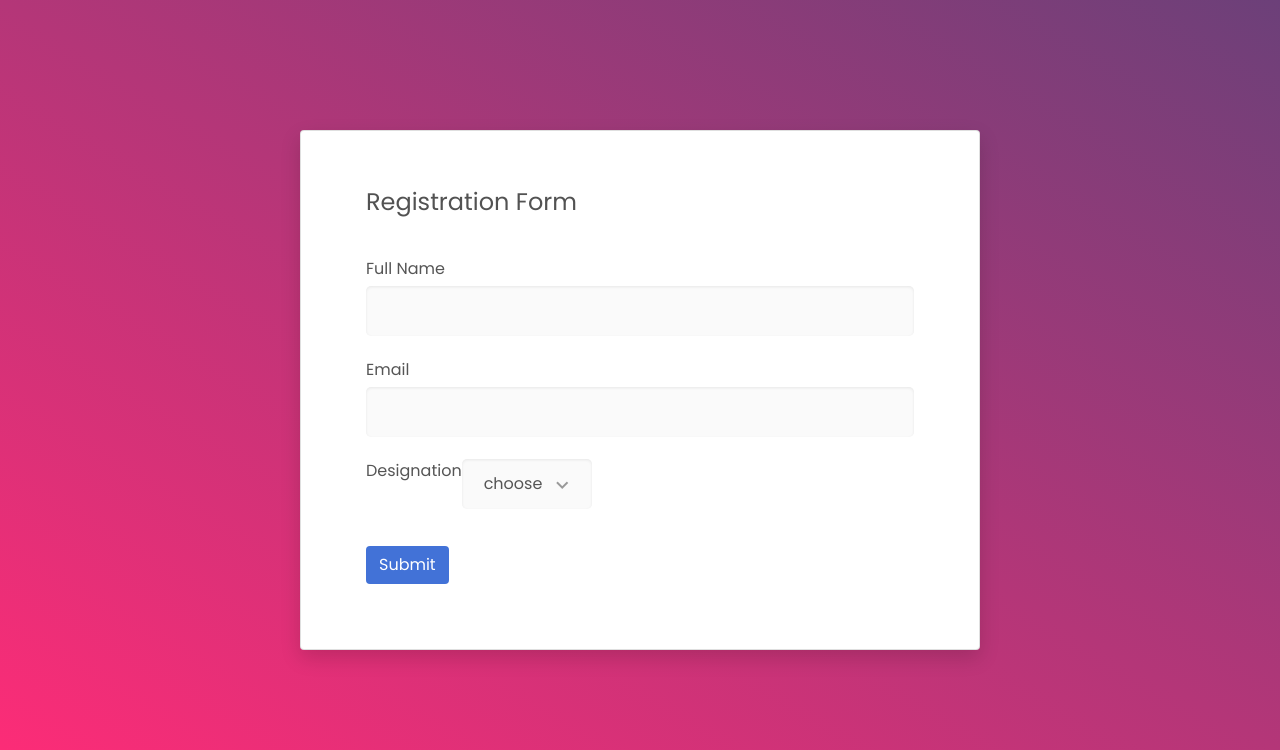
Repository: AbdulRehman0/registration
Page: http://localhost/registration.php
An editor plug-in stored every save of this project. The page is shown before and after the next save, followed by the edit.
The browser window is 1280 px wide. The pictures show the whole page.
The page is run by PHP 8.4 with error messages shown; the project is at /var/www/html/. Other server files are loaded and not shown.

Above is the page before, as saved 2021-01-05 15:24:49.

### registration.php
<?php
include "./templates/header.php";
?>
<body>
    <div class="page-wrapper bg-gra-02 p-t-130 p-b-100 font-poppins">
        <div class="wrapper wrapper--w680">
            <div class="card card-4">
                <div class="card-body">
                    <h2 class="title">Registration Form</h2>
                    <form method="POST">
                        <div class="row">

                            <div class="col-md-12">
                                <div class="input-group">
                                    <label class="label">Full Name</label>
                                    <input class="input--style-4" type="text" name="full name">
                                </div>
                            </div>
                        </div>

                        <div class="row row-space">
                            <div class="col-md-12">
                                <div class="input-group">
                                    <label class="label">Email</label>
                                    <input class="input--style-4" type="email" name="email">
                                </div>
                            </div>
                        </div>
                        <div class="row row-space">
                            <div class="col-md-12">
                                <div class="input-group">
                                    <label class="label">Designation</label>
                                    <div class="rs-select2 js-select-simple select--no-search">
                                        <select name="subject">
                                            <option disabled="disabled" selected="selected">choose</option>
                                            <option value="1">Admin</option>
                                            <option value="2">Editor</option>
                                        </select>
                                        <div class="select-dropdown"></div>
                                    </div>
                                </div>
                                </div>
                        </div>
                        <div class="p-t-15">
                            <button class="btn btn--radius-2 btn--blue" type="submit">Submit</button>
                        </div>
                    </form>
                </div>
            </div>
        </div>
    </div>

</body><!-- This templates was made by Colorlib (https://colorlib.com) -->

<?php
include "./templates/footer.php";
?>

### templates/header.php
<!DOCTYPE html>
<html lang="en">

<head>
    <!-- Required meta tags-->
    <meta charset="UTF-8">
    <meta name="viewport" content="width=device-width, initial-scale=1, shrink-to-fit=no">
    <meta name="description" content="Colorlib Templates">
    <meta name="author" content="Colorlib">
    <meta name="keywords" content="Colorlib Templates">

    <!-- Title Page-->
    <title>Au Register Forms by Colorlib</title>

    <!-- Icons font CSS-->
    <link href="vendor/mdi-font/css/material-design-iconic-font.min.css" rel="stylesheet" media="all">
    <link href="vendor/font-awesome-4.7/css/font-awesome.min.css" rel="stylesheet" media="all">
    <!-- Font special for pages-->
    <link href="https://fonts.googleapis.com/css?family=Poppins:100,100i,200,200i,300,300i,400,400i,500,500i,600,600i,700,700i,800,800i,900,900i" rel="stylesheet">

    <!-- Vendor CSS-->
    <link href="vendor/select2/select2.min.css" rel="stylesheet" media="all">
    <link href="vendor/datepicker/daterangepicker.css" rel="stylesheet" media="all">

    <!-- Main CSS-->
    <link href="./assets/css/app.css" rel="stylesheet" media="all">
    <link rel="stylesheet" href="https://maxcdn.bootstrapcdn.com/bootstrap/4.0.0/css/bootstrap.min.css" integrity="sha384-Gn5384xqQ1aoWXA+058RXPxPg6fy4IWvTNh0E263XmFcJlSAwiGgFAW/dAiS6JXm" crossorigin="anonymous">
</head>

### templates/footer.php

</html>
<!-- end document-->
<!-- Jquery JS-->
<script src="vendor/jquery/jquery.min.js"></script>
    <!-- Vendor JS-->
    <script src="vendor/select2/select2.min.js"></script>
    <script src="vendor/datepicker/moment.min.js"></script>
    <script src="vendor/datepicker/daterangepicker.js"></script>

    <!-- Main JS-->
    <script src="./assets/js/app.js"></script>

### assets/css/app.css

/* ==========================================================================
   #FONT
   ========================================================================== */
   .font-robo {
    font-family: "Roboto", "Arial", "Helvetica Neue", sans-serif;
  }

  .font-poppins {
    font-family: "Poppins", "Arial", "Helvetica Neue", sans-serif;
  }

  /* ==========================================================================
     #GRID
     ========================================================================== */
  .row {
    display: -webkit-box;
    display: -webkit-flex;
    display: -moz-box;
    display: -ms-flexbox;
    display: flex;
    -webkit-flex-wrap: wrap;
    -ms-flex-wrap: wrap;
    flex-wrap: wrap;
  }

  .row-space {
    -webkit-box-pack: justify;
    -webkit-justify-content: space-between;
    -moz-box-pack: justify;
    -ms-flex-pack: justify;
    justify-content: space-between;
  }

  .col-2 {
    width: -webkit-calc((100% - 30px) / 2);
    width: -moz-calc((100% - 30px) / 2);
    width: calc((100% - 30px) / 2);
  }

  @media (max-width: 767px) {
    .col-2 {
      width: 100%;
    }
  }

  /* ==========================================================================
     #BOX-SIZING
     ========================================================================== */
  /**
   * More sensible default box-sizing:
   * css-tricks.com/inheriting-box-sizing-probably-slightly-better-best-practice
   */
  html {
    -webkit-box-sizing: border-box;
    -moz-box-sizing: border-box;
    box-sizing: border-box;
  }

  * {
    padding: 0;
    margin: 0;
  }

  *, *:before, *:after {
    -webkit-box-sizing: inherit;
    -moz-box-sizing: inherit;
    box-sizing: inherit;
  }

  /* ==========================================================================
     #RESET
     ========================================================================== */
  /**
   * A very simple reset that sits on top of Normalize.css.
   */
  body,
  h1, h2, h3, h4, h5, h6,
  blockquote, p, pre,
  dl, dd, ol, ul,
  figure,
  hr,
  fieldset, legend {
    margin: 0;
    padding: 0;
  }

  /**
   * Remove trailing margins from nested lists.
   */
  li > ol,
  li > ul {
    margin-bottom: 0;
  }

  /**
   * Remove default table spacing.
   */
  table {
    border-collapse: collapse;
    border-spacing: 0;
  }

  /**
   * 1. Reset Chrome and Firefox behaviour which sets a `min-width: min-content;`
   *    on fieldsets.
   */
  fieldset {
    min-width: 0;
    /* [1] */
    border: 0;
  }

  button {
    outline: none;
    background: none;
    border: none;
  }

  /* ==========================================================================
     #PAGE WRAPPER
     ========================================================================== */
  .page-wrapper {
    min-height: 100vh;
  }

  body {
    font-family: "Poppins", "Arial", "Helvetica Neue", sans-serif;
    font-weight: 400;
    font-size: 14px;
  }

  h1, h2, h3, h4, h5, h6 {
    font-weight: 400;
  }

  h1 {
    font-size: 36px;
  }

  h2 {
    font-size: 30px;
  }

  h3 {
    font-size: 24px;
  }

  h4 {
    font-size: 18px;
  }

  h5 {
    font-size: 15px;
  }

  h6 {
    font-size: 13px;
  }

  /* ==========================================================================
     #BACKGROUND
     ========================================================================== */
  .bg-blue {
    background: #2c6ed5;
  }

  .bg-red {
    background: #fa4251;
  }

  .bg-gra-01 {
    background: -webkit-gradient(linear, left bottom, left top, from(#fbc2eb), to(#a18cd1));
    background: -webkit-linear-gradient(bottom, #fbc2eb 0%, #a18cd1 100%);
    background: -moz-linear-gradient(bottom, #fbc2eb 0%, #a18cd1 100%);
    background: -o-linear-gradient(bottom, #fbc2eb 0%, #a18cd1 100%);
    background: linear-gradient(to top, #fbc2eb 0%, #a18cd1 100%);
  }

  .bg-gra-02 {
    background: -webkit-gradient(linear, left bottom, right top, from(#fc2c77), to(#6c4079));
    background: -webkit-linear-gradient(bottom left, #fc2c77 0%, #6c4079 100%);
    background: -moz-linear-gradient(bottom left, #fc2c77 0%, #6c4079 100%);
    background: -o-linear-gradient(bottom left, #fc2c77 0%, #6c4079 100%);
    background: linear-gradient(to top right, #fc2c77 0%, #6c4079 100%);
  }

  /* ==========================================================================
     #SPACING
     ========================================================================== */
  .p-t-100 {
    padding-top: 100px;
  }

  .p-t-130 {
    padding-top: 130px;
  }

  .p-t-180 {
    padding-top: 180px;
  }

  .p-t-20 {
    padding-top: 20px;
  }

  .p-t-15 {
    padding-top: 15px;
  }

  .p-t-10 {
    padding-top: 10px;
  }

  .p-t-30 {
    padding-top: 30px;
  }

  .p-b-100 {
    padding-bottom: 100px;
  }

  .m-r-45 {
    margin-right: 45px;
  }

  /* ==========================================================================
     #WRAPPER
     ========================================================================== */
  .wrapper {
    margin: 0 auto;
  }

  .wrapper--w960 {
    max-width: 960px;
  }

  .wrapper--w780 {
    max-width: 780px;
  }

  .wrapper--w680 {
    max-width: 680px;
  }

  /* ==========================================================================
     #BUTTON
     ========================================================================== */
  .btn {
    display: inline-block;
    line-height: 50px;
    padding: 0 50px;
    -webkit-transition: all 0.4s ease;
    -o-transition: all 0.4s ease;
    -moz-transition: all 0.4s ease;
    transition: all 0.4s ease;
    cursor: pointer;
    font-size: 18px;
    color: #fff;
    font-family: "Poppins", "Arial", "Helvetica Neue", sans-serif;
  }

  .btn--radius {
    -webkit-border-radius: 3px;
    -moz-border-radius: 3px;
    border-radius: 3px;
  }

  .btn--radius-2 {
    -webkit-border-radius: 5px;
    -moz-border-radius: 5px;
    border-radius: 5px;
  }

  .btn--pill {
    -webkit-border-radius: 20px;
    -moz-border-radius: 20px;
    border-radius: 20px;
  }

  .btn--green {
    background: #57b846;
  }

  .btn--green:hover {
    background: #4dae3c;
  }

  .btn--blue {
    background: #4272d7;
  }

  .btn--blue:hover {
    background: #3868cd;
  }

  /* ==========================================================================
     #DATE PICKER
     ========================================================================== */
  td.active {
    background-color: #2c6ed5;
  }

  input[type="date" i] {
    padding: 14px;
  }

  .table-condensed td, .table-condensed th {
    font-size: 14px;
    font-family: "Roboto", "Arial", "Helvetica Neue", sans-serif;
    font-weight: 400;
  }

  .daterangepicker td {
    width: 40px;
    height: 30px;
  }

  .daterangepicker {
    border: none;
    -webkit-box-shadow: 0px 8px 20px 0px rgba(0, 0, 0, 0.15);
    -moz-box-shadow: 0px 8px 20px 0px rgba(0, 0, 0, 0.15);
    box-shadow: 0px 8px 20px 0px rgba(0, 0, 0, 0.15);
    display: none;
    border: 1px solid #e0e0e0;
    margin-top: 5px;
  }

  .daterangepicker::after, .daterangepicker::before {
    display: none;
  }

  .daterangepicker thead tr th {
    padding: 10px 0;
  }

  .daterangepicker .table-condensed th select {
    border: 1px solid #ccc;
    -webkit-border-radius: 3px;
    -moz-border-radius: 3px;
    border-radius: 3px;
    font-size: 14px;
    padding: 5px;
    outline: none;
  }

  /* ==========================================================================
     #FORM
     ========================================================================== */
  input {
    outline: none;
    margin: 0;
    border: none;
    -webkit-box-shadow: none;
    -moz-box-shadow: none;
    box-shadow: none;
    width: 100%;
    font-size: 14px;
    font-family: inherit;
  }

  .input--style-4 {
    line-height: 50px;
    background: #fafafa;
    -webkit-box-shadow: inset 0px 1px 3px 0px rgba(0, 0, 0, 0.08);
    -moz-box-shadow: inset 0px 1px 3px 0px rgba(0, 0, 0, 0.08);
    box-shadow: inset 0px 1px 3px 0px rgba(0, 0, 0, 0.08);
    -webkit-border-radius: 5px;
    -moz-border-radius: 5px;
    border-radius: 5px;
    padding: 0 20px;
    font-size: 16px;
    color: #666;
    -webkit-transition: all 0.4s ease;
    -o-transition: all 0.4s ease;
    -moz-transition: all 0.4s ease;
    transition: all 0.4s ease;
  }

  .input--style-4::-webkit-input-placeholder {
    /* WebKit, Blink, Edge */
    color: #666;
  }

  .input--style-4:-moz-placeholder {
    /* Mozilla Firefox 4 to 18 */
    color: #666;
    opacity: 1;
  }

  .input--style-4::-moz-placeholder {
    /* Mozilla Firefox 19+ */
    color: #666;
    opacity: 1;
  }

  .input--style-4:-ms-input-placeholder {
    /* Internet Explorer 10-11 */
    color: #666;
  }

  .input--style-4:-ms-input-placeholder {
    /* Microsoft Edge */
    color: #666;
  }

  .label {
    font-size: 16px;
    color: #555;
    text-transform: capitalize;
    display: block;
    margin-bottom: 5px;
  }

  .radio-container {
    display: inline-block;
    position: relative;
    padding-left: 30px;
    cursor: pointer;
    font-size: 16px;
    color: #666;
    -webkit-user-select: none;
    -moz-user-select: none;
    -ms-user-select: none;
    user-select: none;
  }

  .radio-container input {
    position: absolute;
    opacity: 0;
    cursor: pointer;
  }

  .radio-container input:checked ~ .checkmark {
    background-color: #e5e5e5;
  }

  .radio-container input:checked ~ .checkmark:after {
    display: block;
  }

  .radio-container .checkmark:after {
    top: 50%;
    left: 50%;
    -webkit-transform: translate(-50%, -50%);
    -moz-transform: translate(-50%, -50%);
    -ms-transform: translate(-50%, -50%);
    -o-transform: translate(-50%, -50%);
    transform: translate(-50%, -50%);
    width: 12px;
    height: 12px;
    -webkit-border-radius: 50%;
    -moz-border-radius: 50%;
    border-radius: 50%;
    background: #57b846;
  }

  .checkmark {
    position: absolute;
    top: 50%;
    -webkit-transform: translateY(-50%);
    -moz-transform: translateY(-50%);
    -ms-transform: translateY(-50%);
    -o-transform: translateY(-50%);
    transform: translateY(-50%);
    left: 0;
    height: 20px;
    width: 20px;
    background-color: #e5e5e5;
    -webkit-border-radius: 50%;
    -moz-border-radius: 50%;
    border-radius: 50%;
    -webkit-box-shadow: inset 0px 1px 3px 0px rgba(0, 0, 0, 0.08);
    -moz-box-shadow: inset 0px 1px 3px 0px rgba(0, 0, 0, 0.08);
    box-shadow: inset 0px 1px 3px 0px rgba(0, 0, 0, 0.08);
  }

  .checkmark:after {
    content: "";
    position: absolute;
    display: none;
  }

  .input-group {
    position: relative;
    margin-bottom: 22px;
  }

  .input-group-icon {
    position: relative;
  }

  .input-icon {
    position: absolute;
    font-size: 18px;
    color: #999;
    right: 18px;
    top: 50%;
    -webkit-transform: translateY(-50%);
    -moz-transform: translateY(-50%);
    -ms-transform: translateY(-50%);
    -o-transform: translateY(-50%);
    transform: translateY(-50%);
    cursor: pointer;
  }

  /* ==========================================================================
     #SELECT2
     ========================================================================== */
  .select--no-search .select2-search {
    display: none !important;
  }

  .rs-select2 .select2-container {
    width: 100% !important;
    outline: none;
    background: #fafafa;
    -webkit-box-shadow: inset 0px 1px 3px 0px rgba(0, 0, 0, 0.08);
    -moz-box-shadow: inset 0px 1px 3px 0px rgba(0, 0, 0, 0.08);
    box-shadow: inset 0px 1px 3px 0px rgba(0, 0, 0, 0.08);
    -webkit-border-radius: 5px;
    -moz-border-radius: 5px;
    border-radius: 5px;
  }

  .rs-select2 .select2-container .select2-selection--single {
    outline: none;
    border: none;
    height: 50px;
    background: transparent;
  }

  .rs-select2 .select2-container .select2-selection--single .select2-selection__rendered {
    line-height: 50px;
    padding-left: 0;
    color: #555;
    font-size: 16px;
    font-family: inherit;
    padding-left: 22px;
    padding-right: 50px;
  }

  .rs-select2 .select2-container .select2-selection--single .select2-selection__arrow {
    height: 50px;
    right: 20px;
    display: -webkit-box;
    display: -webkit-flex;
    display: -moz-box;
    display: -ms-flexbox;
    display: flex;
    -webkit-box-pack: center;
    -webkit-justify-content: center;
    -moz-box-pack: center;
    -ms-flex-pack: center;
    justify-content: center;
    -webkit-box-align: center;
    -webkit-align-items: center;
    -moz-box-align: center;
    -ms-flex-align: center;
    align-items: center;
  }

  .rs-select2 .select2-container .select2-selection--single .select2-selection__arrow b {
    display: none;
  }

  .rs-select2 .select2-container .select2-selection--single .select2-selection__arrow:after {
    font-family: "Material-Design-Iconic-Font";
    content: '\f2f9';
    font-size: 24px;
    color: #999;
    -webkit-transition: all 0.4s ease;
    -o-transition: all 0.4s ease;
    -moz-transition: all 0.4s ease;
    transition: all 0.4s ease;
  }

  .rs-select2 .select2-container.select2-container--open .select2-selection--single .select2-selection__arrow::after {
    -webkit-transform: rotate(-180deg);
    -moz-transform: rotate(-180deg);
    -ms-transform: rotate(-180deg);
    -o-transform: rotate(-180deg);
    transform: rotate(-180deg);
  }

  .select2-container--open .select2-dropdown--below {
    border: none;
    -webkit-border-radius: 3px;
    -moz-border-radius: 3px;
    border-radius: 3px;
    -webkit-box-shadow: 0px 8px 20px 0px rgba(0, 0, 0, 0.15);
    -moz-box-shadow: 0px 8px 20px 0px rgba(0, 0, 0, 0.15);
    box-shadow: 0px 8px 20px 0px rgba(0, 0, 0, 0.15);
    border: 1px solid #e0e0e0;
    margin-top: 5px;
    overflow: hidden;
  }

  .select2-container--default .select2-results__option {
    padding-left: 22px;
  }

  /* ==========================================================================
     #TITLE
     ========================================================================== */
  .title {
    font-size: 24px;
    color: #525252;
    font-weight: 400;
    margin-bottom: 40px;
  }

  /* ==========================================================================
     #CARD
     ========================================================================== */
  .card {
    -webkit-border-radius: 3px;
    -moz-border-radius: 3px;
    border-radius: 3px;
    background: #fff;
  }

  .card-4 {
    background: #fff;
    -webkit-border-radius: 10px;
    -moz-border-radius: 10px;
    border-radius: 10px;
    -webkit-box-shadow: 0px 8px 20px 0px rgba(0, 0, 0, 0.15);
    -moz-box-shadow: 0px 8px 20px 0px rgba(0, 0, 0, 0.15);
    box-shadow: 0px 8px 20px 0px rgba(0, 0, 0, 0.15);
  }

  .card-4 .card-body {
    padding: 57px 65px;
    padding-bottom: 65px;
  }

  @media (max-width: 767px) {
    .card-4 .card-body {
      padding: 50px 40px;
    }
  }

Loaded but not shown: assets/js/app.js (70 lines, source omitted)

After the next save:
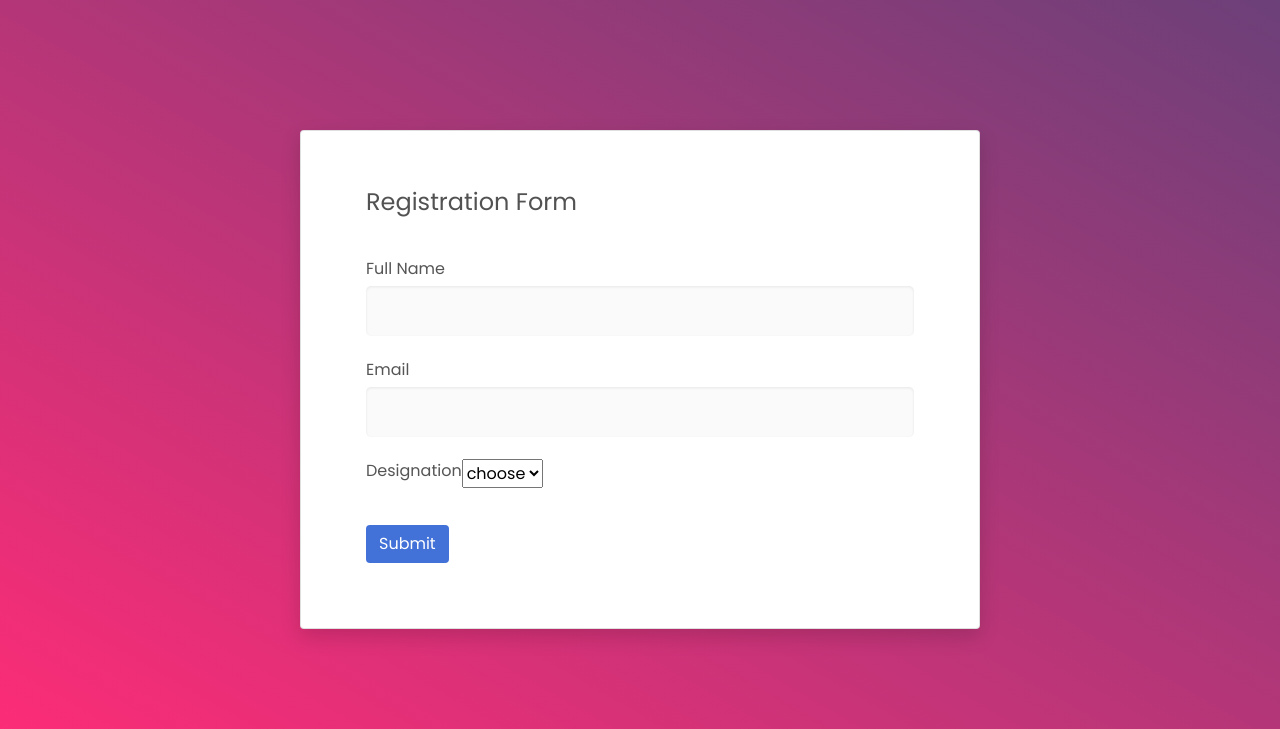
Saved 26 s later.
--- a/registration.php
+++ b/registration.php
@@ -30,14 +30,14 @@
                             <div class="col-md-12">
                                 <div class="input-group">
                                     <label class="label">Designation</label>
-                                    <div class="rs-select2 js-select-simple select--no-search">
+
                                         <select name="subject">
                                             <option disabled="disabled" selected="selected">choose</option>
                                             <option value="1">Admin</option>
                                             <option value="2">Editor</option>
                                         </select>
                                         <div class="select-dropdown"></div>
-                                    </div>
+
                                 </div>
                                 </div>
                         </div>

After the save that followed:
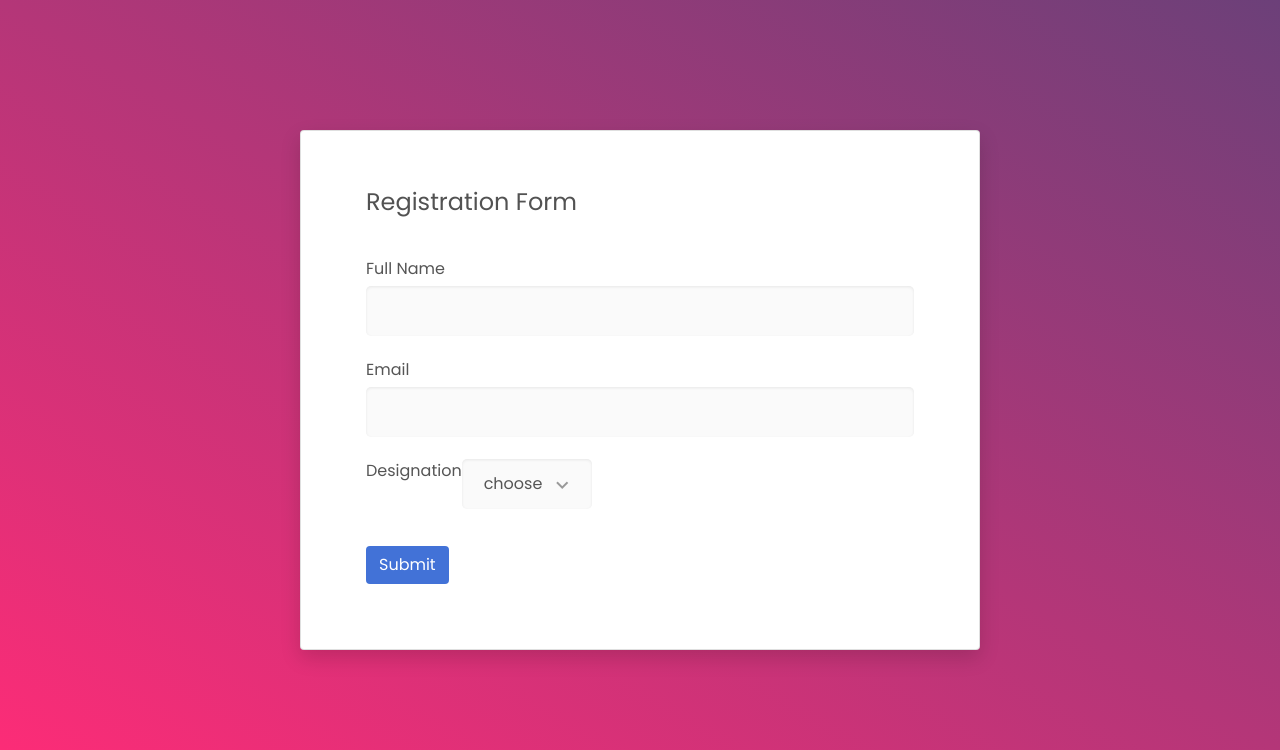
Saved 7 s later.
--- a/registration.php
+++ b/registration.php
@@ -30,14 +30,14 @@
                             <div class="col-md-12">
                                 <div class="input-group">
                                     <label class="label">Designation</label>
-
+                                    <div class="rs-select2 js-select-simple select--no-search">
                                         <select name="subject">
                                             <option disabled="disabled" selected="selected">choose</option>
                                             <option value="1">Admin</option>
                                             <option value="2">Editor</option>
                                         </select>
                                         <div class="select-dropdown"></div>
-
+                                    </div>
                                 </div>
                                 </div>
                         </div>
